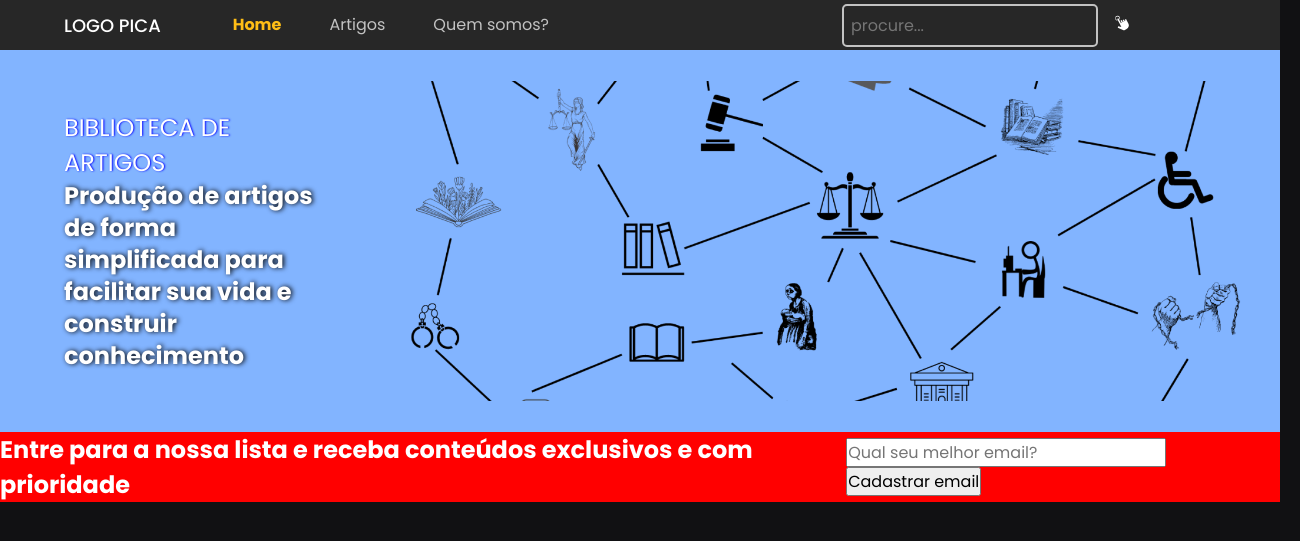
Repository: ArthurHendrich/Inepto
Page: /
These files come from the project's save history. The page is drawn as it stood at one moment and after the next save; the edit follows.
The browser window is 1280 px wide. The page is 1280 px wide, then 1300 px, then 1280 px, so the pictures cover 1300 px, including what lies to the right of the window. The pictures show the whole page.
The project was rebuilt for these pictures with package versions that can differ from the ones it lists, and the page was loaded fresh each time. The framework's server and built-in components were replaced by stand-ins that run in the browser. Also part of the build but not shown: next.config.js.

Above is the page before, as saved 2022-07-06 19:51:45.

### src/pages/_app.tsx
import { AppProps } from "next/app";
import { Header } from "../components/header";

import '../styles/global.scss';

function MyApp({ Component, pageProps }: AppProps) {
  return (
    <>
    <Header />
    <Component {...pageProps} />
    </>
  );
}

export default MyApp;

### src/pages/_document.tsx
import Document, { Html, Head, Main, NextScript } from "next/document";

export default class MyDocument extends Document {
  render() {
    return (
      <Html>
        <Head>
          <link rel="preconnect" href="https://fonts.googleapis.com" />
          <link
            href="https://fonts.googleapis.com/css2?family=Poppins:wght@400;500;700;900&display=swap"
            rel="stylesheet"
          />
          <link rel="shortcut icon" href="favicon.png" type="image/png" />
        </Head>
        <body>
          <Main />
          <NextScript />
        </body>
      </Html>
    );
  }
}

### src/pages/index.tsx
import Head from 'next/head';

import styles from '../styles/home.module.scss';

export default function Home() {

  return (
    <>
    <Head>
      <title>Direito Inepto</title>
    </Head>


    <main>
      <section className={styles.headerContainer} >
        <div className={styles.headerText}>
          <h1>BIBLIOTECA DE ARTIGOS</h1>
          <h2>Produção de artigos de forma simplificada para facilitar sua vida e construir conhecimento</h2>
        </div>
        <img src="/images/headerImage.png" alt="Header Image" />
      </section>

      <section className={styles.inputContainer}>
          <div>
            <h2>Entre para a nossa lista e receba conteúdos exclusivos e com prioridade</h2>
          </div>
          <div className={styles.inputContent}>
            <input type="text" placeholder="Qual seu melhor email?" />
            <button>Cadastrar email</button>
          </div>
      </section>
    </main>

    </>
  )
}

### src/components/header/index.tsx
import styles from "./styles.module.scss";
import { GiClick } from "react-icons/gi";
import { ActiveLink } from "../ActiveLink";
import { useState } from "react";



export function Header() {
  const [inputText, setInputText] = useState('');



  return (
    <header className={styles.headerContainer}>
      <div className={styles.headerContent}>
        <div className={styles.headerItens}>
          <div className={styles.headerLogo}>
            <ActiveLink href="/" activeClassName={styles.active}>
              <a>LOGO PICA</a>
            </ActiveLink>
          </div>

          <nav>
            <ActiveLink href="/" activeClassName={styles.active}>
              <a>Home</a>
            </ActiveLink>

            <ActiveLink href="/posts" activeClassName={styles.active}>
              <a>Artigos</a>
            </ActiveLink>

            <ActiveLink href="/sobre" activeClassName={styles.active}>
              <a>Quem somos?</a>
            </ActiveLink>
          </nav>
        </div>

        <div className={styles.headerSearch}>
          <input
            type="text"
            value={inputText}
            placeholder="procure..."
            onChange={(e) => setInputText(e.target.value)}
          />
          <GiClick className={styles.headerSearchIcon}/>
        </div>
      </div>
    </header>
  );
}

### src/styles/global.scss
* {
  margin: 0;
  padding: 0;
  box-sizing: border-box;
}

:root {
  --white: #FFF;

  --gray-100: #C2C2C2;
  --gray-200: #CCCCCC;
  --gray-300: #7a7a7a;
  --gray-500: #272727;
  --gray-900: #111113;

  --blue-200: #3C7198;
  --blue-500: #82B4FF;
  --blue-900: #95D2FF;

  --purple-header: #2F1C6A;
  --purple-content: #492E9E;

  --yellow-500: #FFBE16;
}

@media (max-width: 1080px) {
  html {
    font-size: 93.75%;
  }
}

@media (max-width: 720px) {
  html {
    font-size: 87.5%;
  }
}

body{
  background: var(--gray-900);
  color: var(--white);
}

body, input, textarea, select, button {
  font: 400 1rem 'Poppins', sans-serif;
}

button {
  cursor: pointer;
}

a {
  color: inherit;
  text-decoration: none;
}

### src/styles/home.module.scss
.headerContainer {
  min-height: calc(60vh - 3.125rem);
  margin: 0 auto;
  display: flex;
  justify-content: center;
  align-items: center;
  padding: 0 2rem;
  background: var(--blue-500);

  .headerText {
    padding-left: 2rem;

    font-size: rem;

    h1 {
      font-weight: 50;
      cursor: pointer;
      text-shadow: 1px 0px 2px blue;
    }

    h2{
      font-weight: 700;
      line-height: 2rem;
      text-shadow: 1.5px 0px 5px black;
      cursor: pointer;
    }
  }

  img {
    width: 75%
  }
}

.inputContainer {
  max-width: 1475px;
  margin: 0 auto;
  display: flex;
  align-items: center;
  justify-content: center;
  background-color: red;
}

### src/components/header/styles.module.scss
.headerContainer {
  height: 3.125rem;
  background: var(--gray-500);
  color: var(--white);

}


.headerContent {
  height: 3.125rem;
  margin: 0 auto;
  display: flex;
  padding: 0 4rem;
  align-items: center;
  justify-content: space-between;

  .headerItens {
    display: flex;
    align-items: center;
    justify-content: space-between;

    .headerLogo {
      margin-right: 4rem;
      font-size: 1.125rem;
      font-weight: 500;
    }

    nav {
      height: 6rem;

      a {
        display: inline-block;
        position: relative;
        padding: 0 0.5rem;
        height: 6rem;
        line-height: 6rem;
        color: var(--gray-100);
        transition: color 0.2s;

        & + a {
          margin-left: 2rem;
        }

        &:hover {
          color: var(--white);
        }

        &.active{
          color: var(--yellow-500);
          font-weight: bold;
        }
      }
    }
  }

  .headerSearch {
    padding: 0 0.5rem;

    input {
      margin-right: 1rem;
      border: 2px solid var(--gray-100);
      border-radius: 5px;
      background: transparent;
      width: 70%;
      padding: 0.4375rem 0.4375rem;
      color: var(--gray-300);
    }
  }
}

### src/components/ActiveLink/index.tsx
import Link, { LinkProps } from "next/link";
import { useRouter } from "next/router";
import { cloneElement, ReactElement } from "react";

interface ActiveLinkProps extends LinkProps {
  children: ReactElement;
  activeClassName: string;
}

export function ActiveLink ({ children, activeClassName, ...rest }: ActiveLinkProps) {
  const { asPath } = useRouter();

  const className = asPath === rest.href ? activeClassName : '';


  return (
    <Link {...rest}>
      {cloneElement(children, { className })}
    </Link>
  )
}

After the next save:
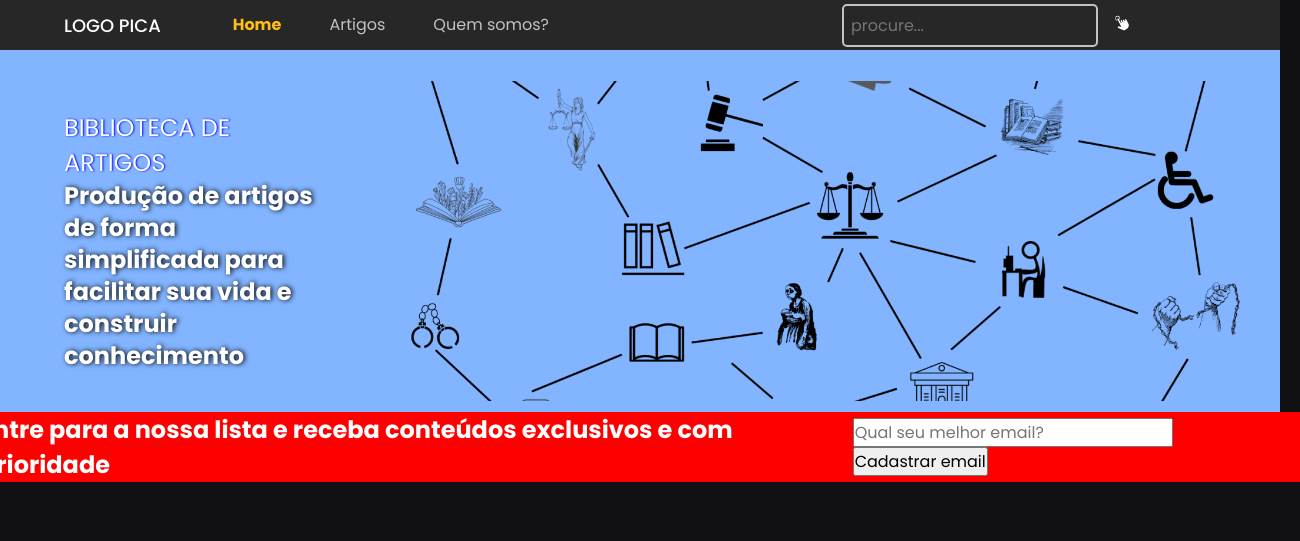
Saved 115 s later.
--- a/src/styles/home.module.scss
+++ b/src/styles/home.module.scss
@@ -33,7 +33,7 @@
 
 .inputContainer {
   max-width: 1475px;
-  margin: 0 auto;
+  margin: -20px;
   display: flex;
   align-items: center;
   justify-content: center;

After the save that followed:
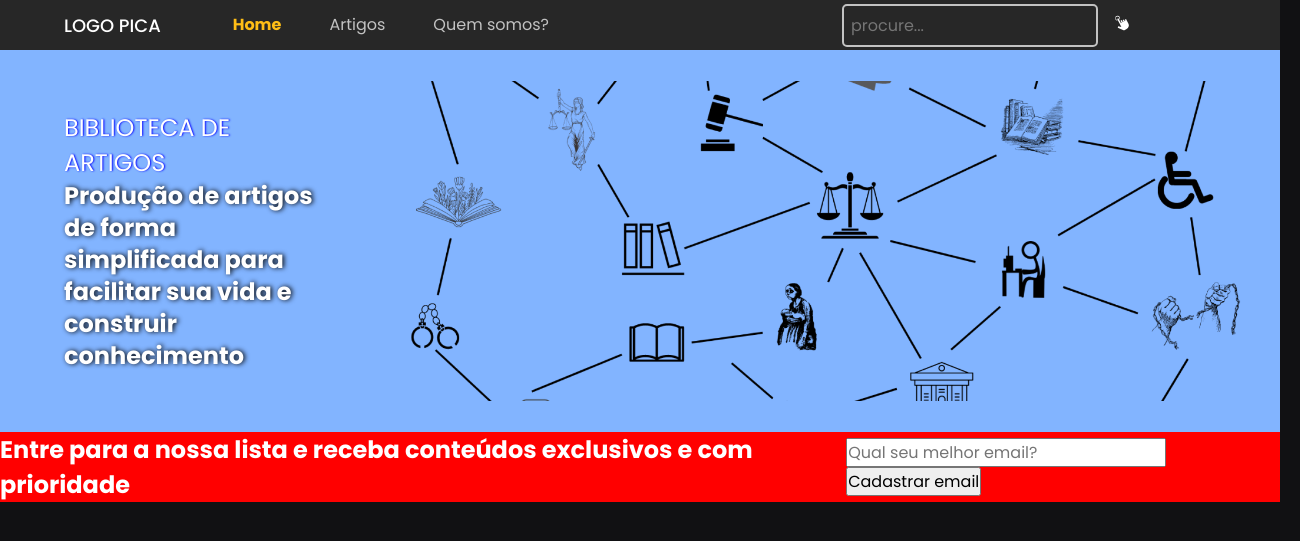
Saved 4 s later.
--- a/src/styles/home.module.scss
+++ b/src/styles/home.module.scss
@@ -33,7 +33,7 @@
 
 .inputContainer {
   max-width: 1475px;
-  margin: -20px;
+  margin-bottom: -20px;
   display: flex;
   align-items: center;
   justify-content: center;
